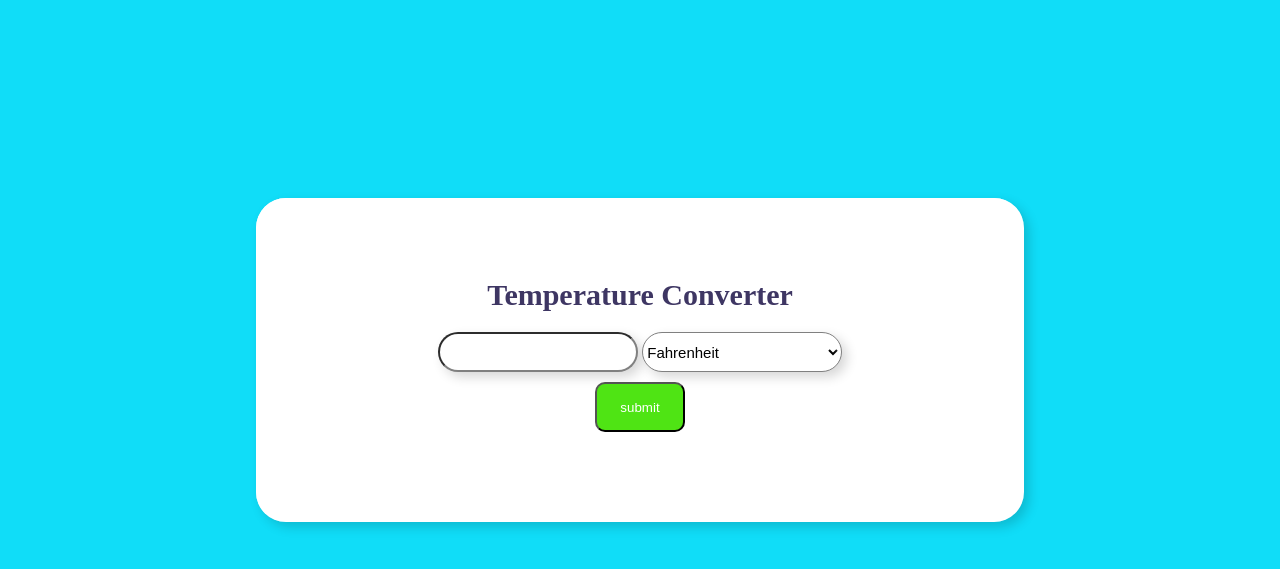
Repository: Mayur2905/OIBSIP
Page: Task-4/index.html
These files come from the project's save history. The page is drawn as it stood at one moment and after the next save; the edit follows.
The browser window is 1280 px wide. The pictures show the whole page.

Above is the page before, as saved 2022-02-03 23:52:24.

### Task-4/index.html
<!DOCTYPE html>
<html lang="en">
<head>
    <meta charset="UTF-8">
    <meta http-equiv="X-UA-Compatible" content="IE=edge">
    <meta name="viewport" content="width=device-width, initial-scale=1.0">
    <title>Document</title>
    <link rel="stylesheet" href="style.css">
</head>
<body>
    <div >
        <form id="tempCalc" onsubmit="convert(); return false">
            <label for="temp">Temperature Converter</label><br/>
            <input type="text" name="temp" id="temp">
            <select name="temp_diff" id="type">
                <option value="fah">Fahrenheit</option>
                <option value="Kel">Kelvin</option>
            </select><br/>
            <input id="btn" type="submit" value="submit" name="temp">
            <div id="result"></div>
        </form>
        <script type = "text/javascript" src="script.js"></script>
    </div>
</body>
</html>

### Task-4/style.css
* {
  margin: 0;
  padding: 0;
  box-sizing: border-box;
  font-family: "Mulish", sans-serif;
}

body {
  width: 100vw;
  height: 100vh;
  background-color: #10ddf8;
  display: grid;
  align-items: center;
}

#tempCalc {
  background-color: #ffffff;
  padding: 80px;
  width: 60%;
  margin: 100px auto;
  text-align: center;
  box-shadow: inset 5px 5px 12px #ffffff, 5px 5px 12px rgba(0, 0, 0, 0.16);
  border-radius: 30px;
}

#tempCalc label {
  font-size: 30px;
}

#temp {
  border-color: grey;
  border-radius: 20px;
  padding: 10px;
  height: 40px;
  width: 200px;
  font-size: 20px;
  margin-top: 20px;
  vertical-align: top;
  box-shadow: inset 5px 5px 12px #ffffff, 5px 5px 12px rgba(0, 0, 0, 0.16);
}

#type {
  height: 40px;
  border-color: gray;
  border-radius: 20px;
  margin-top: 20px;
  font-size: 15px;
  height: 40px;
  width: 200px;
  vertical-align: top;
  background-color: #ffffff;
  box-shadow: inset 5px 5px 12px #ffffff, 5px 5px 12px rgba(0, 0, 0, 0.16);
}
label {
  font-family: cursive;
  font-weight: bold;
  color: #3e3663;
}
#btn {
  background-color: rgb(79, 228, 20);
  height: 50px;
  width: 90px;
  color: white;
  margin: 10px;
  border-radius: 10px;
}
#result {
  font-size: 15px;
  font-weight: 600;
}
.bg-balls {
  position: fixed;
  top: 0;
  left: 0;
  right: 0;
  bottom: 0;
  min-width: 100%;
  z-index: -1;
}
.bg-balls:before,
.bg-balls:after {
  content: "";
  position: absolute;
  width: 200px;
  height: 200px;
  border-radius: 50%;
}

.bg-balls:before {
  background-color: orange;
  right: -75px;
  bottom: -75px;
}

.bg-balls:after {
  background-color: green;
  top: -75px;
  left: -75px;
}

### Task-4/script.js
function convert(){
    const temp = document.getElementById('temp').value;
    const ty = document.getElementById('type').value;
    if(ty == 'fah' )
    {
        var f = (temp*1.8)+32;
        document.getElementById('result').innerHTML=`= ${f}°Fahrenheit`;
    }
    else{
        var f= (temp*1) + 273.15;
        document.getElementById('result').innerHTML=`= ${f}°Kelvin`;
    }


}

After the next save:
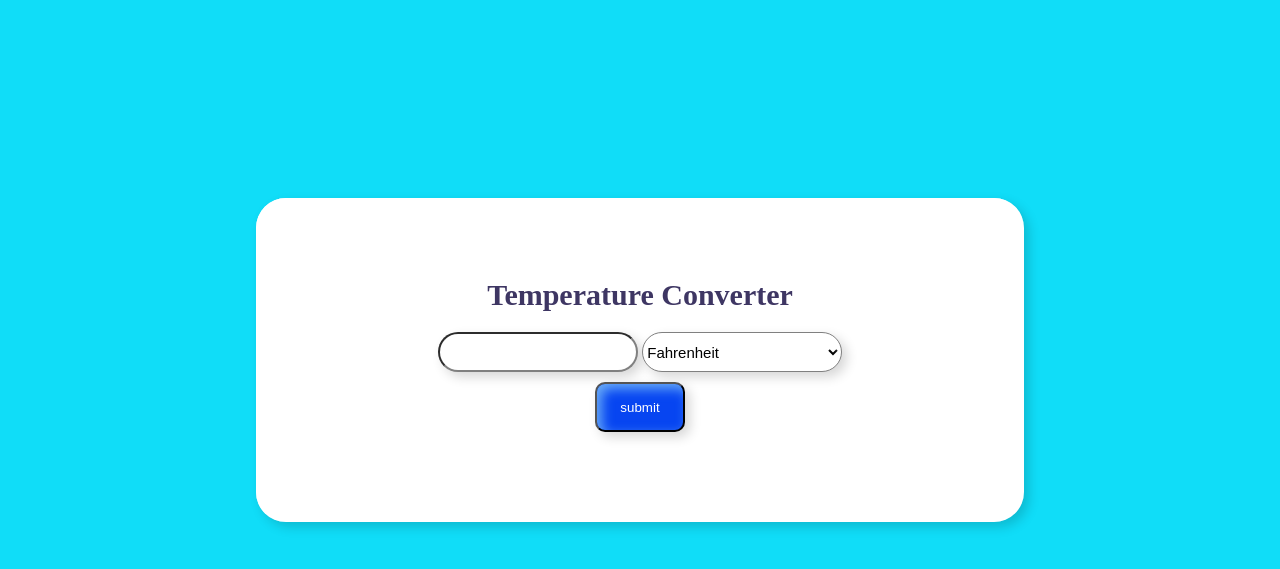
Saved 2 min 5 s later.
--- a/Task-4/style.css
+++ b/Task-4/style.css
@@ -13,7 +13,7 @@ body {
   align-items: center;
 }
 
-#tempCalc {
+form {
   background-color: #ffffff;
   padding: 80px;
   width: 60%;
@@ -57,43 +57,15 @@ label {
   color: #3e3663;
 }
 #btn {
-  background-color: rgb(79, 228, 20);
+  background-color: rgb(7, 69, 241);
   height: 50px;
   width: 90px;
   color: white;
   margin: 10px;
   border-radius: 10px;
+  box-shadow: inset 5px 5px 12px #68abf7, 5px 5px 12px rgba(0, 0, 0, 0.16);
 }
 #result {
   font-size: 15px;
   font-weight: 600;
 }
-.bg-balls {
-  position: fixed;
-  top: 0;
-  left: 0;
-  right: 0;
-  bottom: 0;
-  min-width: 100%;
-  z-index: -1;
-}
-.bg-balls:before,
-.bg-balls:after {
-  content: "";
-  position: absolute;
-  width: 200px;
-  height: 200px;
-  border-radius: 50%;
-}
-
-.bg-balls:before {
-  background-color: orange;
-  right: -75px;
-  bottom: -75px;
-}
-
-.bg-balls:after {
-  background-color: green;
-  top: -75px;
-  left: -75px;
-}
